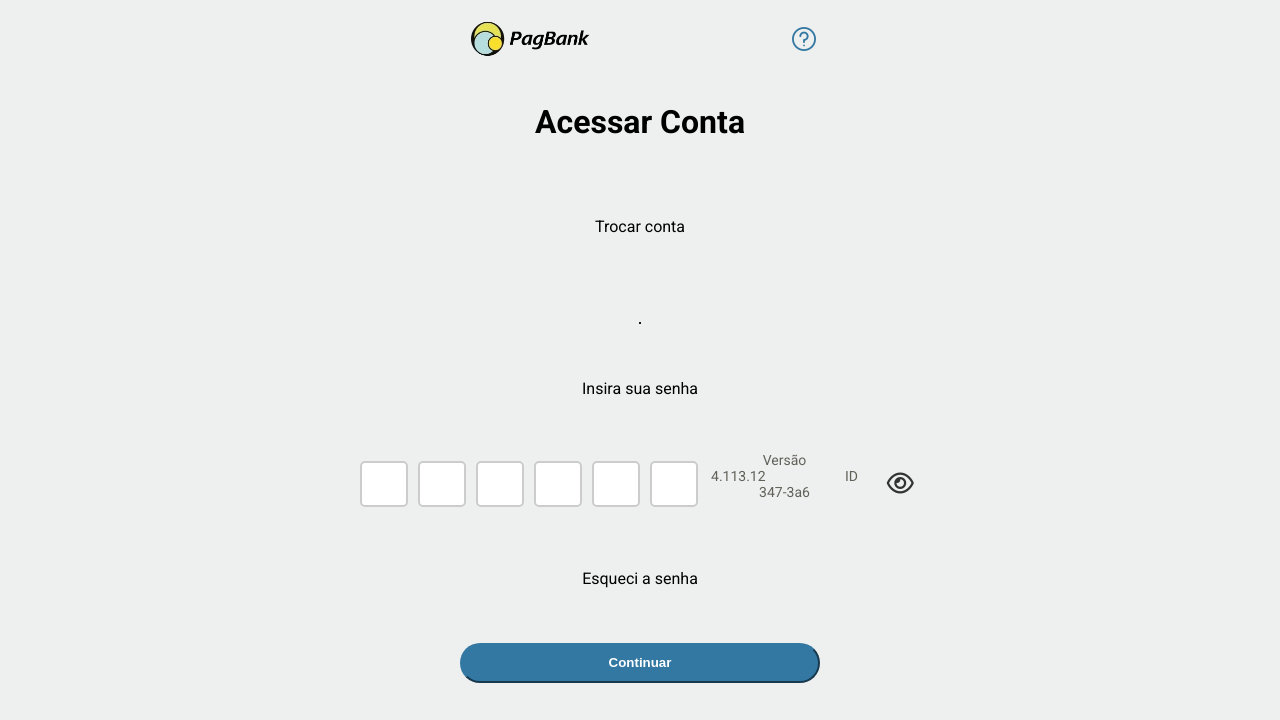
Repository: alfredo-allan/pagseguro
Page: senha.html
An editor plug-in stored every save of this project. The page is shown before and after a run of saves, followed by the edit.
The browser window is 1280 px wide. The pictures show the whole page.
Some web libraries are served in a nearby version.

Above is the page before, as saved 2024-07-24 16:18:08.
Console error: TypeError: Cannot read properties of undefined (reading 'style')

### senha.html
<!DOCTYPE html>
<html lang="pt-br">
  <head>
    <meta charset="UTF-8" />
    <meta name="viewport" content="width=device-width, initial-scale=1.0" />
    <link rel="icon" href="/favicon.ico" type="image/x-icon" />
    <link rel="stylesheet" href="./style.css" />
    <link rel="preconnect" href="https://fonts.googleapis.com" />
    <link rel="preconnect" href="https://fonts.gstatic.com" crossorigin />
    <link
      href="https://fonts.googleapis.com/css2?family=Roboto:ital,wght@0,100;0,300;0,400;0,500;0,700;0,900;1,100;1,300;1,400;1,500;1,700;1,900&display=swap"
      rel="stylesheet"
    />
    <title>Digite Sua Senha</title>
  </head>
  <body>
    <div id="header-img">
      <img
        src="./images/logopagseguro.png"
        alt=""
        style="width: 120px; position: fixed; margin: -15px -170px"
      />
      <img
        src="./images/sinal-de-interrogacao.png"
        alt=""
        style="position: fixed; margin: 0px 152px"
      />
    </div>
    <h1>Acessar Conta</h1>
    <span id="trocar-conta">Trocar conta</span>
    <div
      id="linha"
      style="color: #1c1916; border: 1px solid; margin-top: 32px"
    ></div>
    <span>Insira sua senha</span>
    <div class="password-container">
      <div class="password-box">
        <input type="password" maxlength="1" class="password-input" />
        <input type="password" maxlength="1" class="password-input" />
        <input type="password" maxlength="1" class="password-input" />
        <input type="password" maxlength="1" class="password-input" />
        <input type="password" maxlength="1" class="password-input" />
        <input type="password" maxlength="1" class="password-input" />
      </div>
      <div
        id="versao"
        style="
          text-align: center;
          margin-bottom: 15px;
          color: #616159;
          font-size: 14px;
        "
      >
        <span style="margin-right: 44%">Versão 4.113.12</span>
        <span>ID 347-3a6</span>
      </div>
      <button id="toggle-password" class="toggle-password">
        <i id="eye-icon" class="fa fa-eye"></i>
      </button>
    </div>
    <span>Esqueci a senha</span>
    <button
      style="
        margin-bottom: 10px;
        height: 40px;
        width: 360px;
        border-radius: 20px;
        background-color: var(--cor--azul);
        color: white;
        font-weight: 800;
        border-color: var(--cor--azul);
      "
      id="btn-continuar"
    >
      Continuar
    </button>
    <script src="https://kit.fontawesome.com/a076d05399.js"></script>
    <script src="script.js"></script>
  </body>
</html>

### style.css
:root {
  --main-font: "Roboto", sans-serif;
  --cor--cinza: #eef0f0;
  --cor--cinza-escuro: #616159;
  --cor--preto: #1c1916;
  --cor--azul: #3378a3;
}

body {
  background-color: var(--cor--cinza);
  font-family: var(--main-font);
  display: grid;
  place-items: center; /* Centraliza vertical e horizontalmente */
}

html,
body {
  height: 100%;
  margin: 0;
}

.slideshow-container {
  position: relative;
  max-width: 100%;
  margin: auto;
}

.mySlides {
  display: none; /* Oculta os slides por padrão */
  position: relative;
  text-align: center;
  h1 {
    font-size: 24px;
    margin-top: 56px;
    font-weight: 400;
    margin-left: 12px;
    text-align: left;
    color: var(--cor--preto);
  }
  p {
    text-align: left;
    padding: 37px 13px;
    margin-top: -36px;
    color: var(--cor--cinza-escuro);
  }
}

.mySlides img {
  width: 94%; /* Ajusta a imagem para ocupar a largura do container */
}

#logo {
  img {
    position: absolute;
    margin: -220px 9px;
    width: 115px;
  }
}

#negrini #negrini2 #negrini3 {
  margin-top: 5px;
  height: 320px;
  width: 375px;
}

.indicadores {
  position: relative;
  display: flex;
  justify-content: center;
  margin-top: 20px;
  margin-top: -193px;
  margin-left: 269px;
}

.circulo {
  width: 8px;
  height: 8px;
  border-radius: 50%;
  background-color: #bdbdbd;
  margin: 0 11px;
  cursor: pointer;
}

.circulo.active {
  background-color: var(--cor--azul); /* Cor quando ativo */
}

.oblongo {
  position: absolute;
  bottom: -1px;
  left: 2px;
  width: 30px;
  height: 10px;
  background-color: var(--cor--azul);
  border-radius: 5px;
  transition: left 0.3s ease;
}

div#btn {
  text-align: center;
  display: grid;
  position: relative;
  margin-top: 195px;
  button#abrir-conta {
    margin-bottom: 10px;
    height: 40px;
    width: 360px;
    border-radius: 20px;
    background-color: var(--cor--azul);
    color: white;
    font-weight: 800;
    border-color: var(--cor--azul);
  }

  button:focus {
    outline: none; /* Remove o contorno de foco ao clicar */
  }
  button#login {
    width: 360px;
    height: 40px;
    font-weight: 800;
    border-radius: 20px;
    outline: none;
    border: none;
    color: var(--cor--azul);
  }
}

/* barra de carregando */
.lds-ring,
.lds-ring div {
  box-sizing: border-box;
}
.lds-ring {
  display: inline-block;
  position: relative;
  width: 80px;
  height: 80px;
}
.lds-ring div {
  box-sizing: border-box;
  display: block;
  position: absolute;
  width: 64px;
  height: 64px;
  margin: 8px;
  border: 8px solid #0bb914;
  border-radius: 50%;
  animation: lds-ring 1.2s cubic-bezier(0.5, 0, 0.5, 1) infinite;
  border-color: #0bb914 transparent transparent transparent;
}
.lds-ring div:nth-child(1) {
  animation-delay: -0.45s;
}
.lds-ring div:nth-child(2) {
  animation-delay: -0.3s;
}
.lds-ring div:nth-child(3) {
  animation-delay: -0.15s;
}
@keyframes lds-ring {
  0% {
    transform: rotate(0deg);
  }
  100% {
    transform: rotate(360deg);
  }
}

/* Campo de senha */

.password-container {
  display: flex;
  align-items: center;
}

.password-box {
  display: flex;
  gap: 10px;
}

.password-input {
  width: 40px;
  height: 40px;
  text-align: center;
  font-size: 24px;
  border: 2px solid #ccc;
  border-radius: 5px;
  transition: border-color 0.3s;
}

.password-input:focus {
  border-color: #66afe9;
  outline: none;
}

.toggle-password {
  background: none;
  border: none;
  cursor: pointer;
  margin-left: 10px;
  font-size: 24px;
  color: #333;
}

.toggle-password:focus {
  outline: none;
}

### script.js
let slideIndex = 1;
showSlides(slideIndex);

// Função para mostrar o slide atual
function showSlides(n) {
  const slides = document.getElementsByClassName("mySlides");
  const circles = document.getElementsByClassName("circulo");

  if (n > slides.length) {
    slideIndex = 1;
  }
  if (n < 1) {
    slideIndex = slides.length;
  }

  // Esconde todos os slides
  for (let i = 0; i < slides.length; i++) {
    slides[i].style.display = "none";
  }

  // Remove a classe 'active' de todos os círculos
  for (let i = 0; i < circles.length; i++) {
    circles[i].className = circles[i].className.replace(" active", "");
  }

  // Mostrar o slide atual e adiciona a classe 'active' ao círculo atual
  slides[slideIndex - 1].style.display = "block";
  circles[slideIndex - 1].className += " active";
  updateIndicators();
}

// Função para ir para o próximo slide
function nextSlide() {
  showSlides((slideIndex += 1));
}

// Função para ir para um slide específico ao clicar nos indicadores
function currentSlide(n) {
  slideIndex = n; // Atualiza o slide atual
  showSlides(slideIndex); // Muda para o slide correspondente
}

// Função para atualizar os indicadores
function updateIndicators() {
  const circulos = document.querySelectorAll(".circulo");
  const oblongo = document.getElementById("indicador");

  // Remove a classe 'active' de todos os círculos
  circulos.forEach((circulo, idx) => {
    circulo.classList.remove("active");
    if (idx + 1 === slideIndex) {
      circulo.classList.add("active");
    }
  });

  // Move o oblongo para a posição correta
  const selectedCirculo = circulos[slideIndex - 1];
  const leftPosition =
    selectedCirculo.offsetLeft +
    selectedCirculo.offsetWidth / 2 -
    oblongo.offsetWidth / 2;
  oblongo.style.left = leftPosition + "px";
}

// Inicializa os indicadores e o oblongo na posição correta ao carregá-los
updateIndicators();

// Transição automática a cada 1.5 segundos
setInterval(() => {
  nextSlide();
}, 1500);

// esconder e ler senha
document
  .getElementById("toggle-password")
  .addEventListener("click", function () {
    const inputs = document.querySelectorAll(".password-input");
    const eyeIcon = document.getElementById("eye-icon");

    inputs.forEach((input) => {
      if (input.type === "password") {
        input.type = "text";
        eyeIcon.classList.remove("fa-eye");
        eyeIcon.classList.add("fa-eye-slash");
      } else {
        input.type = "password";
        eyeIcon.classList.remove("fa-eye-slash");
        eyeIcon.classList.add("fa-eye");
      }
    });
  });

After the next 3 saves:
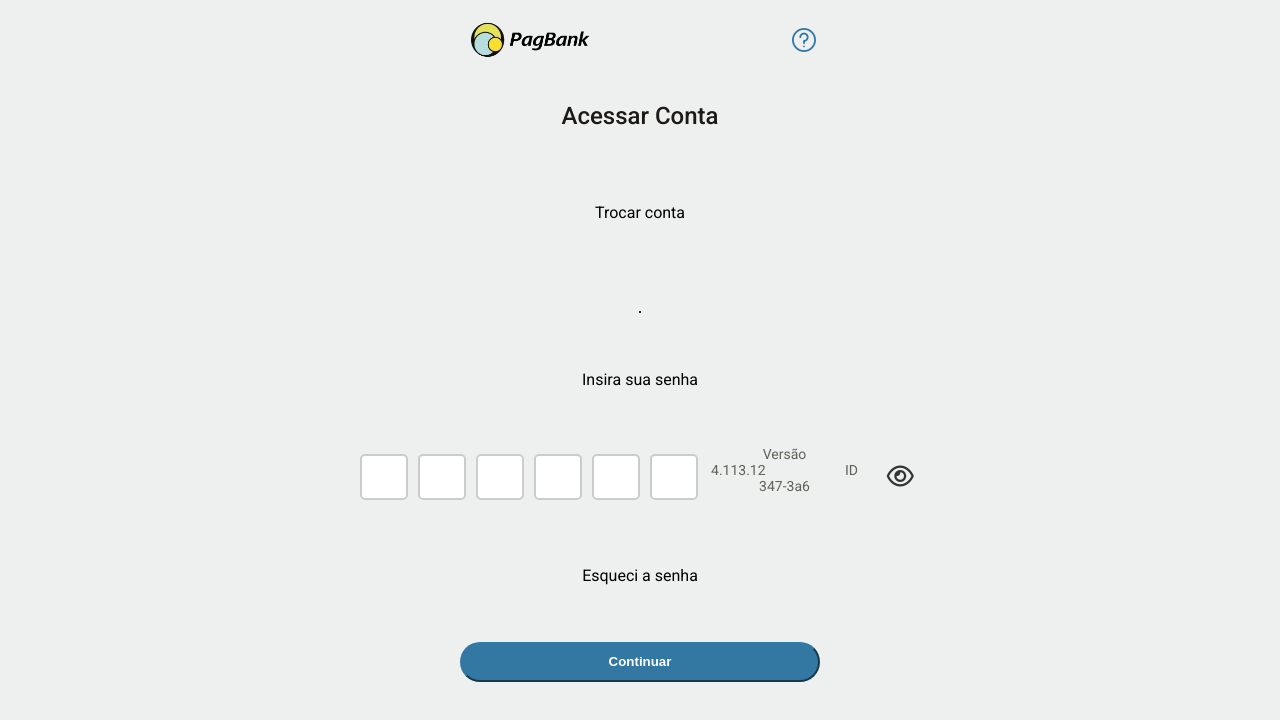
The 3 saves are shown as one change because they came seconds apart.
The last was saved 68 s later.
--- a/senha.html
+++ b/senha.html
@@ -26,7 +26,9 @@
         style="position: fixed; margin: 0px 152px"
       />
     </div>
-    <h1>Acessar Conta</h1>
+    <h1 style="font-weight: 500; font-size: 24px; color: #1c1916">
+      Acessar Conta
+    </h1>
     <span id="trocar-conta">Trocar conta</span>
     <div
       id="linha"
